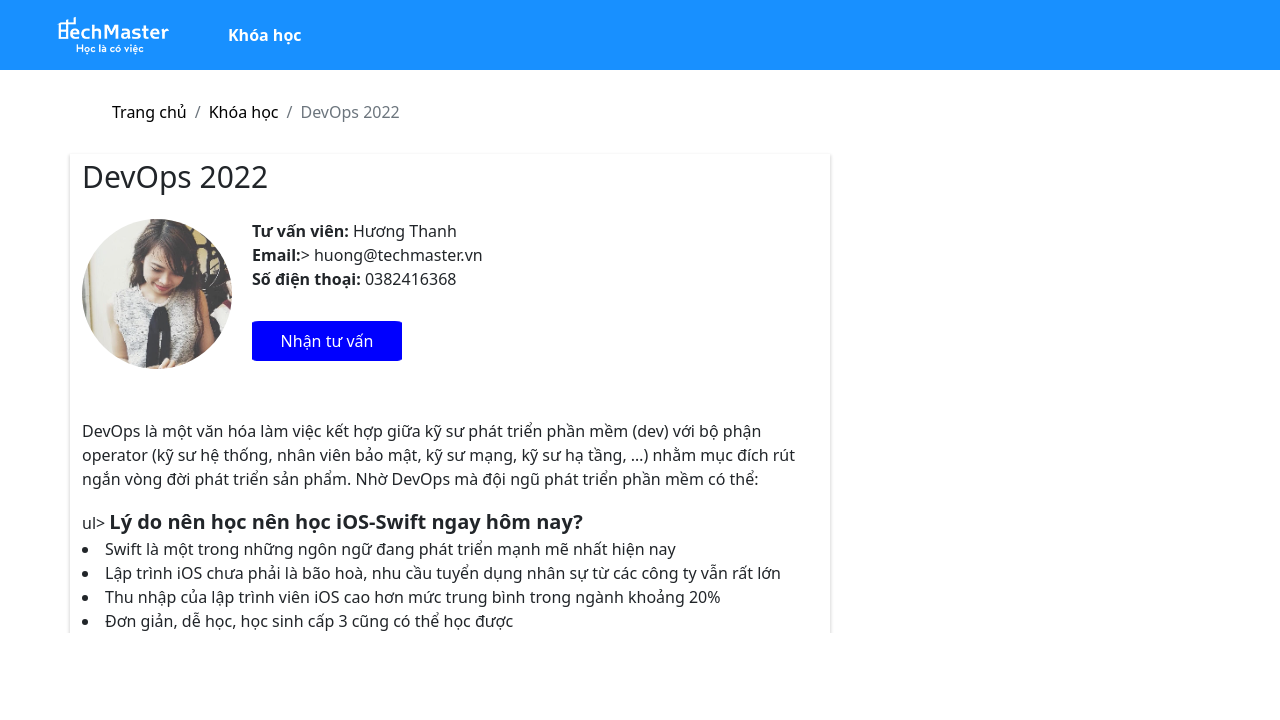
Repository: khanhnahk306/khanhnahk.github.io
Page: Clone_Techmaster/html/devops.html
These files come from the project's save history. The page is drawn as it stood at one moment and after a run of saves; the edit follows.
The browser window is 1280 px wide. The pictures show the whole page.

Above is the page before, as saved 2022-06-10 13:39:53.

After the next 2 saves:
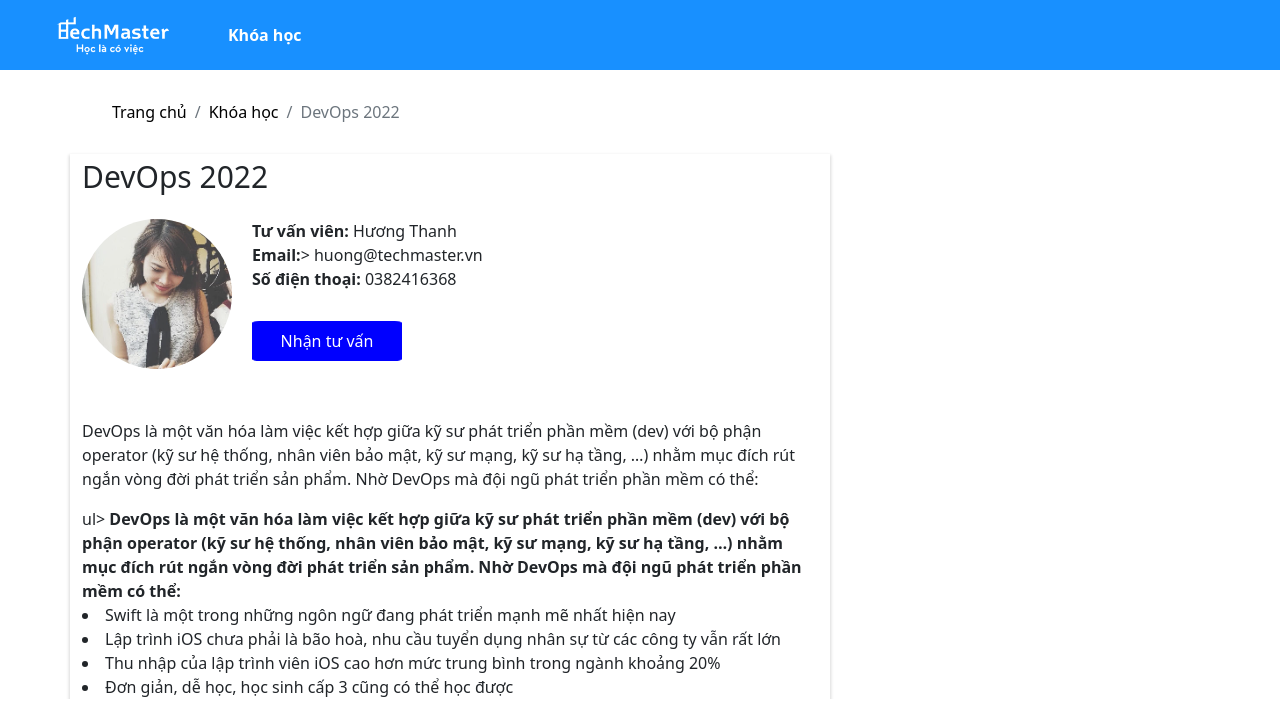
The 2 saves are shown as one change because they came seconds apart.
The last was saved 10 s later.
--- a/Clone_Techmaster/html/devops.html
+++ b/Clone_Techmaster/html/devops.html
@@ -78,7 +78,9 @@
                         đời phát triển sản phẩm. Nhờ DevOps mà đội ngũ phát triển phần mềm có thể:
                     </p>
                     ul>
-                        <b style="font-size: 20px;">Lý do nên học nên học iOS-Swift ngay hôm nay?</b>
+                        <b> DevOps là một văn hóa làm việc kết hợp giữa kỹ sư phát triển phần mềm (dev) với bộ phận operator
+                            (kỹ sư hệ thống, nhân viên bảo mật, kỹ sư mạng, kỹ sư hạ tầng, …) nhằm mục đích rút ngắn vòng
+                            đời phát triển sản phẩm. Nhờ DevOps mà đội ngũ phát triển phần mềm có thể:</b>
                         <li>Swift là một trong những ngôn ngữ đang phát triển mạnh mẽ nhất hiện nay</li>
                         <li>Lập trình iOS chưa phải là bão hoà, nhu cầu tuyển dụng nhân sự từ các công ty vẫn rất lớn
                         </li>
